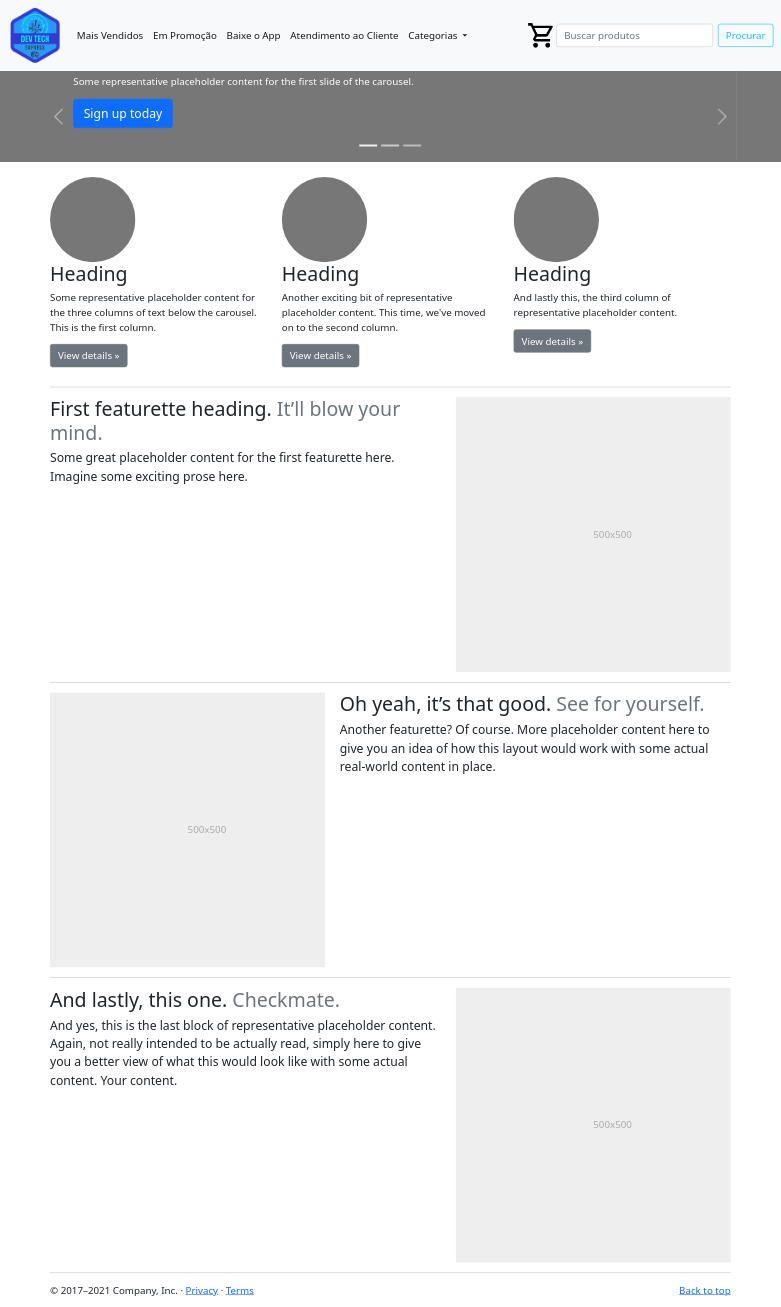
Repository: dantas-barreto/trabalho-interdisciplinar-IDW-IAP
Page: index.html
The author's editor kept a copy of each file at every save. The page is drawn from the files as they stood at one save, then again after the next save.
The browser window is 1280 px wide. The pictures show the whole page, at 61% of full size.

Above is the page before, as saved 2021-11-15 19:33:12.

### index.html
<!DOCTYPE html>
<html lang="pt-br">
  <head>
    <meta charset="utf-8" />
    <meta name="viewport" content="width=device-width, initial-scale=1.0" />

    <link
      rel="stylesheet"
      href="node_modules/bootstrap/dist/css/bootstrap.min.css"
    />
    <link rel="shortcut icon" href="img/favicon.ico" type="image/x-icon" />
    <title>DevTech Express</title>
  </head>
  <body>
    <nav class="navbar navbar-expand-lg navbar-light bg-light">
      <div class="container-fluid">
        <a class="navbar-brand" href="#"
          ><img src="img/logo.png" width="90px" height="90px"
        /></a>
        <button
          class="navbar-toggler"
          type="button"
          data-bs-toggle="collapse"
          data-bs-target="#navbarSupportedContent"
          aria-controls="navbarSupportedContent"
          aria-expanded="false"
          aria-label="Toggle navigation"
        >
          <span class="navbar-toggler-icon"></span>
        </button>
        <div class="collapse navbar-collapse" id="navbarSupportedContent">
          <ul class="navbar-nav me-auto mb-2 mb-lg-0">
            <li class="nav-item">
              <a class="nav-link active" aria-current="page" href="#"
                >Mais Vendidos</a
              >
            </li>
            <li class="nav-item">
              <a class="nav-link active" href="Clientes.html">Em Promoção</a>
            </li>
            <li class="nav-item">
              <a class="nav-link active" href="Fornecedores.html"
                >Baixe o App</a
              >
            </li>
            <li class="nav-item">
              <a class="nav-link active" href="Produtos.html"
                >Atendimento ao Cliente</a
              >
            </li>
            <li class="nav-item dropdown">
              <a
                class="nav-link active dropdown-toggle"
                href="#"
                id="navbarDropdown"
                role="button"
                data-bs-toggle="dropdown"
                aria-expanded="false"
              >
                Categorias
              </a>
              <ul class="dropdown-menu" aria-labelledby="navbarDropdown">
                <li><a class="dropdown-item" href="#">Categoria 01</a></li>
                <li><a class="dropdown-item" href="#">Categoria 02</a></li>
                <li><a class="dropdown-item" href="#">Categoria 03</a></li>
                <li><a class="dropdown-item" href="#">Categoria 04</a></li>
                <li><a class="dropdown-item" href="#">Categoria 05</a></li>
                <li><a class="dropdown-item" href="#">Categoria 06</a></li>
                <li><a class="dropdown-item" href="#">Categoria 07</a></li>
                <li><a class="dropdown-item" href="#">Categoria 08</a></li>
              </ul>
            </li>
          </ul>
          <img src="img/carrinhogrande.png" />
          <form class="d-flex" id="procurar">
            <input
              class="form-control me-2"
              type="search"
              placeholder="Buscar produtos"
              aria-label="Search"
            />
            <button class="btn btn-outline-info" type="submit">Procurar</button>
          </form>
        </div>
      </div>
    </nav>

    <main>
      <div id="myCarousel" class="carousel slide mb-4" data-bs-ride="carousel">
        <div class="carousel-indicators">
          <button
            type="button"
            data-bs-target="#myCarousel"
            data-bs-slide-to="0"
            class="active"
            aria-current="true"
            aria-label="Slide 1"
          ></button>
          <button
            type="button"
            data-bs-target="#myCarousel"
            data-bs-slide-to="1"
            aria-label="Slide 2"
          ></button>
          <button
            type="button"
            data-bs-target="#myCarousel"
            data-bs-slide-to="2"
            aria-label="Slide 3"
          ></button>
        </div>
        <div class="carousel-inner">
          <div class="carousel-item active">
            <svg
              class="bd-placeholder-img"
              width="100%"
              height="100%"
              xmlns="http://www.w3.org/2000/svg"
              aria-hidden="true"
              preserveAspectRatio="xMidYMid slice"
              focusable="false"
            >
              <rect width="100%" height="100%" fill="#777" />
            </svg>

            <div class="container">
              <div class="carousel-caption text-start">
                <h1>Example headline.</h1>
                <p>
                  Some representative placeholder content for the first slide of
                  the carousel.
                </p>
                <p>
                  <a class="btn btn-lg btn-primary" href="#">Sign up today</a>
                </p>
              </div>
            </div>
          </div>
          <div class="carousel-item">
            <svg
              class="bd-placeholder-img"
              width="100%"
              height="100%"
              xmlns="http://www.w3.org/2000/svg"
              aria-hidden="true"
              preserveAspectRatio="xMidYMid slice"
              focusable="false"
            >
              <rect width="100%" height="100%" fill="#777" />
            </svg>

            <div class="container">
              <div class="carousel-caption">
                <h1>Another example headline.</h1>
                <p>
                  Some representative placeholder content for the second slide
                  of the carousel.
                </p>
                <p><a class="btn btn-lg btn-primary" href="#">Learn more</a></p>
              </div>
            </div>
          </div>
          <div class="carousel-item">
            <svg
              class="bd-placeholder-img"
              width="100%"
              height="100%"
              xmlns="http://www.w3.org/2000/svg"
              aria-hidden="true"
              preserveAspectRatio="xMidYMid slice"
              focusable="false"
            >
              <rect width="100%" height="100%" fill="#777" />
            </svg>

            <div class="container">
              <div class="carousel-caption text-end">
                <h1>One more for good measure.</h1>
                <p>
                  Some representative placeholder content for the third slide of
                  this carousel.
                </p>
                <p>
                  <a class="btn btn-lg btn-primary" href="#">Browse gallery</a>
                </p>
              </div>
            </div>
          </div>
        </div>
        <button
          class="carousel-control-prev"
          type="button"
          data-bs-target="#myCarousel"
          data-bs-slide="prev"
        >
          <span class="carousel-control-prev-icon" aria-hidden="true"></span>
          <span class="visually-hidden">Previous</span>
        </button>
        <button
          class="carousel-control-next"
          type="button"
          data-bs-target="#myCarousel"
          data-bs-slide="next"
        >
          <span class="carousel-control-next-icon" aria-hidden="true"></span>
          <span class="visually-hidden">Next</span>
        </button>
      </div>

      <div class="container marketing">
        <!-- Three columns of text below the carousel -->
        <div class="row">
          <div class="col-lg-4">
            <svg
              class="bd-placeholder-img rounded-circle"
              width="140"
              height="140"
              xmlns="http://www.w3.org/2000/svg"
              role="img"
              aria-label="Placeholder: 140x140"
              preserveAspectRatio="xMidYMid slice"
              focusable="false"
            >
              <title>Placeholder</title>
              <rect width="100%" height="100%" fill="#777" />
              <text x="50%" y="50%" fill="#777" dy=".3em">140x140</text>
            </svg>

            <h2>Heading</h2>
            <p>
              Some representative placeholder content for the three columns of
              text below the carousel. This is the first column.
            </p>
            <p>
              <a class="btn btn-secondary" href="#">View details &raquo;</a>
            </p>
          </div>
          <div class="col-lg-4">
            <svg
              class="bd-placeholder-img rounded-circle"
              width="140"
              height="140"
              xmlns="http://www.w3.org/2000/svg"
              role="img"
              aria-label="Placeholder: 140x140"
              preserveAspectRatio="xMidYMid slice"
              focusable="false"
            >
              <title>Placeholder</title>
              <rect width="100%" height="100%" fill="#777" />
              <text x="50%" y="50%" fill="#777" dy=".3em">140x140</text>
            </svg>

            <h2>Heading</h2>
            <p>
              Another exciting bit of representative placeholder content. This
              time, we've moved on to the second column.
            </p>
            <p>
              <a class="btn btn-secondary" href="#">View details &raquo;</a>
            </p>
          </div>
          <div class="col-lg-4">
            <svg
              class="bd-placeholder-img rounded-circle"
              width="140"
              height="140"
              xmlns="http://www.w3.org/2000/svg"
              role="img"
              aria-label="Placeholder: 140x140"
              preserveAspectRatio="xMidYMid slice"
              focusable="false"
            >
              <title>Placeholder</title>
              <rect width="100%" height="100%" fill="#777" />
              <text x="50%" y="50%" fill="#777" dy=".3em">140x140</text>
            </svg>

            <h2>Heading</h2>
            <p>
              And lastly this, the third column of representative placeholder
              content.
            </p>
            <p>
              <a class="btn btn-secondary" href="#">View details &raquo;</a>
            </p>
          </div>
        </div>

        <hr class="featurette-divider" />

        <div class="row featurette">
          <div class="col-md-7">
            <h2 class="featurette-heading">
              First featurette heading.
              <span class="text-muted">It’ll blow your mind.</span>
            </h2>
            <p class="lead">
              Some great placeholder content for the first featurette here.
              Imagine some exciting prose here.
            </p>
          </div>
          <div class="col-md-5">
            <svg
              class="
                bd-placeholder-img bd-placeholder-img-lg
                featurette-image
                img-fluid
                mx-auto
              "
              width="500"
              height="500"
              xmlns="http://www.w3.org/2000/svg"
              role="img"
              aria-label="Placeholder: 500x500"
              preserveAspectRatio="xMidYMid slice"
              focusable="false"
            >
              <title>Placeholder</title>
              <rect width="100%" height="100%" fill="#eee" />
              <text x="50%" y="50%" fill="#aaa" dy=".3em">500x500</text>
            </svg>
          </div>
        </div>

        <hr class="featurette-divider" />

        <div class="row featurette">
          <div class="col-md-7 order-md-2">
            <h2 class="featurette-heading">
              Oh yeah, it’s that good.
              <span class="text-muted">See for yourself.</span>
            </h2>
            <p class="lead">
              Another featurette? Of course. More placeholder content here to
              give you an idea of how this layout would work with some actual
              real-world content in place.
            </p>
          </div>
          <div class="col-md-5 order-md-1">
            <svg
              class="
                bd-placeholder-img bd-placeholder-img-lg
                featurette-image
                img-fluid
                mx-auto
              "
              width="500"
              height="500"
              xmlns="http://www.w3.org/2000/svg"
              role="img"
              aria-label="Placeholder: 500x500"
              preserveAspectRatio="xMidYMid slice"
              focusable="false"
            >
              <title>Placeholder</title>
              <rect width="100%" height="100%" fill="#eee" />
              <text x="50%" y="50%" fill="#aaa" dy=".3em">500x500</text>
            </svg>
          </div>
        </div>

        <hr class="featurette-divider" />

        <div class="row featurette">
          <div class="col-md-7">
            <h2 class="featurette-heading">
              And lastly, this one. <span class="text-muted">Checkmate.</span>
            </h2>
            <p class="lead">
              And yes, this is the last block of representative placeholder
              content. Again, not really intended to be actually read, simply
              here to give you a better view of what this would look like with
              some actual content. Your content.
            </p>
          </div>
          <div class="col-md-5">
            <svg
              class="
                bd-placeholder-img bd-placeholder-img-lg
                featurette-image
                img-fluid
                mx-auto
              "
              width="500"
              height="500"
              xmlns="http://www.w3.org/2000/svg"
              role="img"
              aria-label="Placeholder: 500x500"
              preserveAspectRatio="xMidYMid slice"
              focusable="false"
            >
              <title>Placeholder</title>
              <rect width="100%" height="100%" fill="#eee" />
              <text x="50%" y="50%" fill="#aaa" dy=".3em">500x500</text>
            </svg>
          </div>
        </div>
        <hr class="featurette-divider" />
      </div>

      <footer class="container">
        <p class="float-end"><a href="#">Back to top</a></p>
        <p>
          &copy; 2017–2021 Company, Inc. &middot;
          <a href="#">Privacy</a> &middot; <a href="#">Terms</a>
        </p>
      </footer>
    </main>

    <script src="node_modules/bootstrap/dist/js/bootstrap.bundle.min.js"></script>
  </body>
</html>

Loaded but not shown: node_modules/bootstrap/dist/css/bootstrap.min.css (library); node_modules/bootstrap/dist/js/bootstrap.bundle.min.js (library)

After the next save:
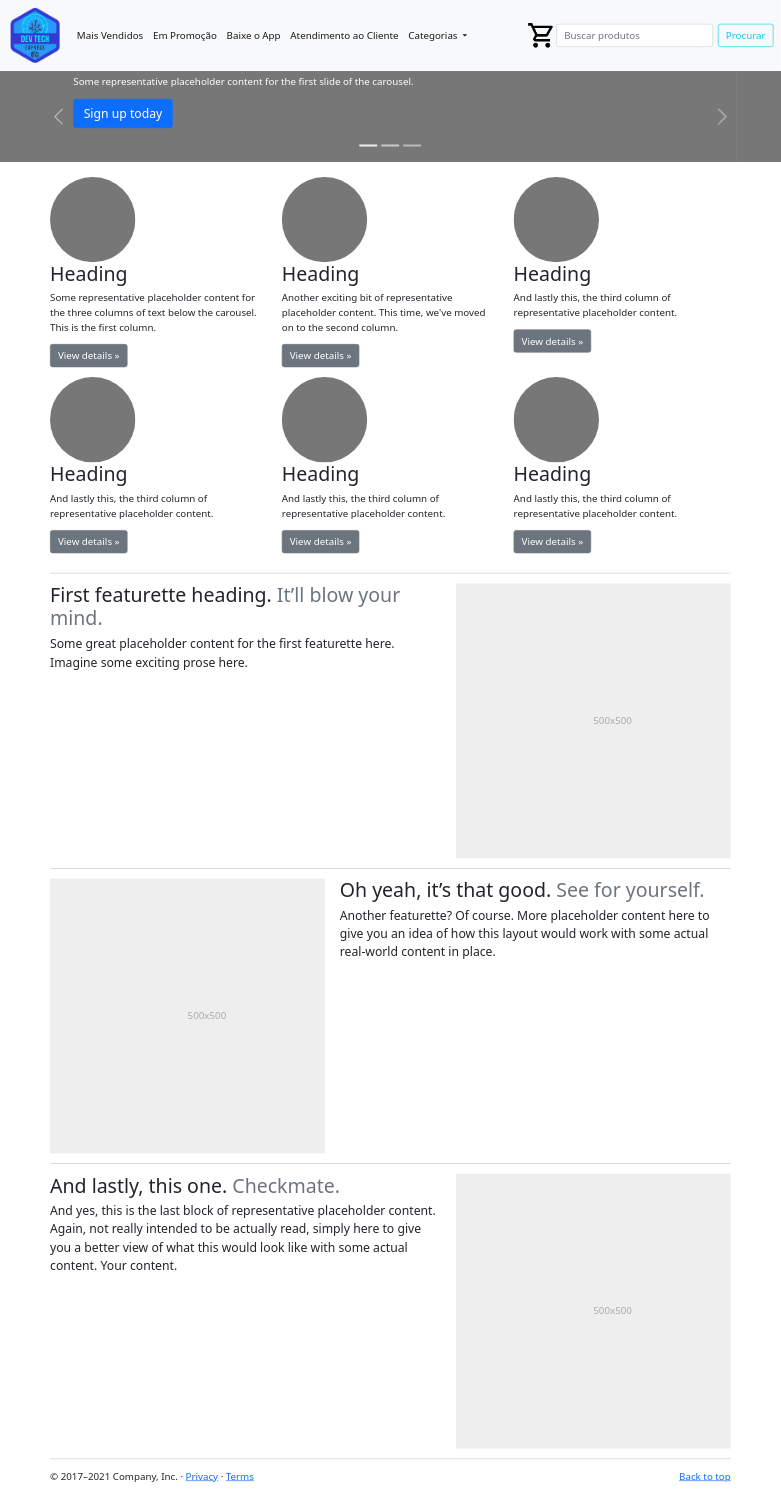
Saved 52 min 37 s later.
--- a/index.html
+++ b/index.html
@@ -285,6 +285,81 @@
               <a class="btn btn-secondary" href="#">View details &raquo;</a>
             </p>
           </div>
+          <div class="col-lg-4">
+            <svg
+              class="bd-placeholder-img rounded-circle"
+              width="140"
+              height="140"
+              xmlns="http://www.w3.org/2000/svg"
+              role="img"
+              aria-label="Placeholder: 140x140"
+              preserveAspectRatio="xMidYMid slice"
+              focusable="false"
+            >
+              <title>Placeholder</title>
+              <rect width="100%" height="100%" fill="#777" />
+              <text x="50%" y="50%" fill="#777" dy=".3em">140x140</text>
+            </svg>
+
+            <h2>Heading</h2>
+            <p>
+              And lastly this, the third column of representative placeholder
+              content.
+            </p>
+            <p>
+              <a class="btn btn-secondary" href="#">View details &raquo;</a>
+            </p>
+          </div>
+          <div class="col-lg-4">
+            <svg
+              class="bd-placeholder-img rounded-circle"
+              width="140"
+              height="140"
+              xmlns="http://www.w3.org/2000/svg"
+              role="img"
+              aria-label="Placeholder: 140x140"
+              preserveAspectRatio="xMidYMid slice"
+              focusable="false"
+            >
+              <title>Placeholder</title>
+              <rect width="100%" height="100%" fill="#777" />
+              <text x="50%" y="50%" fill="#777" dy=".3em">140x140</text>
+            </svg>
+
+            <h2>Heading</h2>
+            <p>
+              And lastly this, the third column of representative placeholder
+              content.
+            </p>
+            <p>
+              <a class="btn btn-secondary" href="#">View details &raquo;</a>
+            </p>
+          </div>
+          <div class="col-lg-4">
+            <svg
+              class="bd-placeholder-img rounded-circle"
+              width="140"
+              height="140"
+              xmlns="http://www.w3.org/2000/svg"
+              role="img"
+              aria-label="Placeholder: 140x140"
+              preserveAspectRatio="xMidYMid slice"
+              focusable="false"
+            >
+              <title>Placeholder</title>
+              <rect width="100%" height="100%" fill="#777" />
+              <text x="50%" y="50%" fill="#777" dy=".3em">140x140</text>
+            </svg>
+
+            <h2>Heading</h2>
+            <p>
+              And lastly this, the third column of representative placeholder
+              content.
+            </p>
+            <p>
+              <a class="btn btn-secondary" href="#">View details &raquo;</a>
+            </p>
+          </div>
         </div>
 
         <hr class="featurette-divider" />
